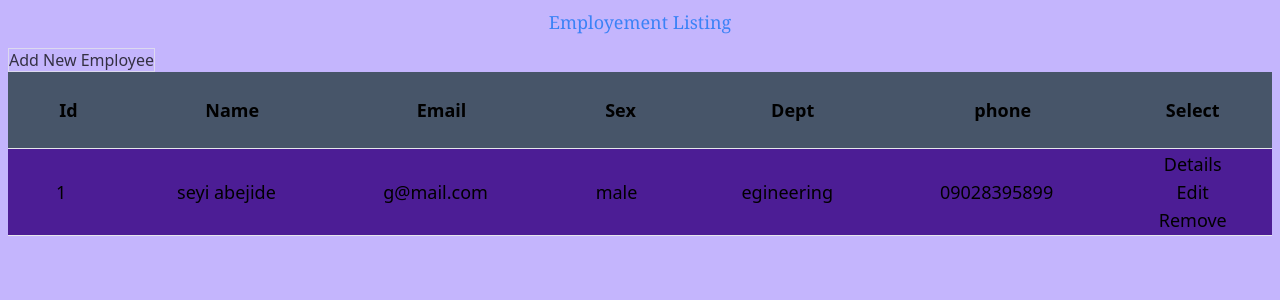
Repository: Semanmernstack/crud
Page: /
The author's editor kept a copy of each file at every save. The page is drawn from the files as they stood at one save, then again after the next save.
The browser window is 1280 px wide. The pictures show the whole page.
The project was rebuilt for these pictures with package versions that can differ from the ones it lists, and the page was loaded fresh each time. Requests to the local data server were answered from the project's data file. Also part of the build but not shown: src/Details.js, src/Create.js, src/Edit.js.

Above is the page before, as saved 2022-12-24 01:14:46.

### src/App.js
import List from "./List";
import {
  BrowserRouter,
  Routes,
  Route,

} from "react-router-dom";
import Details from "./Details";
import Create from "./Create";
import Edit from "./Edit";



function App() {
  return (
    <div className="bg-slate-100 h-screen">
      <BrowserRouter>

      <Routes>
        <Route path="/" element={<List/>}> </Route>
        <Route path="/employee/create" element={<Create/>}> </Route>
        <Route path="/employee/details/:empid" element={<Details/>}> </Route>
        <Route path="/employee/edit/:empid" element={<Edit/>}> </Route>
      </Routes>
      </BrowserRouter>

    </div>
  );
}

export default App;

### src/List.js

import React, { useEffect, useState } from 'react'
import { Link } from 'react-router-dom'

function List() {
    const [records, setRecords] = useState("")

    useEffect(() => {
        fetch("http://localhost:8000/employee").then((res) => {
            return res.json()
        }).then((resp) => {
            console.log(resp)
            setRecords(resp)

        })

    }, [])
  return (
    <div className="overflow-x-hidden lg:max-w-7xl mx-auto  p-2 items-center bg-violet-300 h-screen   ">

        <p className='text-centre justify-center flex mb-3 text-lg text-blue-500 font-serif'> Employement Listing</p>
        <Link className='cursor-pointer border animate-pulse' to="/employee/create">Add New Employee</Link>

        <table className="  w-[100%] bg-violet-900 text-sm md:text-sm lg:text-lg   " >

            <thead>
                <tr className="border-b bg-slate-600">
                    <th scope='col' className=" lg:py-6 lg:px-12 py-4 px-6">Id</th>
                    <th scope='col' className=" lg:py-6 lg:px-12 py-4 px-6">Name</th>
                    <th scope='col' className=" lg:py-6 lg:px-12 py-4 px-6">Email</th>
                    <th scope='col' className=" lg:py-6 lg:px-12 py-4 px-6">Sex</th>
                    <th scope='col' className=" lg:py-6 lg:px-12 py-4 px-6">Dept</th>
                    <th scope='col' className=" lg:py-6 lg:px-12 py-4 px-6">phone</th>
                    <th scope='col' className=' lg:py-6 lg:px-12 py-4 px-6'>Select</th>

                </tr>
            </thead>
            <tbody>
                {
                    records &&
                    records.map((record) => (
                    <tr className="border-b" key={record.id}>
                        <td className=" lg:py-6 lg:px-12 py-3 px-4">{record.id}</td>
                        <td className=" lg:py-6 lg:px-12 py-3 px-4" >{record.name}</td>
                        <td className=" lg:py-6 lg:px-12 py-3 px-4">{record.email}</td>
                        <td className=" lg:py-6 lg:px-12 py-3 px-4">{record.sex}</td>
                        <td className=" lg:py-6 lg:px-12 py-3 px-4">{record.dept}</td>
                        <td className=" lg:py-6 lg:px-12 py-3 px-4">{record.phone}</td>
                        <td className='flex flex-col'>
                            <button>Details</button>
                            <button>Edit</button>
                            <button>Remove</button>

                        </td>
                    </tr>
                    ))
                }

            </tbody>

        </table>




    </div>
  )
}

export default List

### db.json
{
  "employee": [
    {
      "id": 1,
      "name": "seyi abejide",
      "email": "g@mail.com",
      "phone": "09028395899",
      "dept": "egineering",
      "sex": "male"

    }
  ]

}

Loaded but not shown: public/index.html (common file); src/index.js (common file); src/index.css (common file); src/reportWebVitals.js (common file); tailwind.config.js (common file)

After the next save:
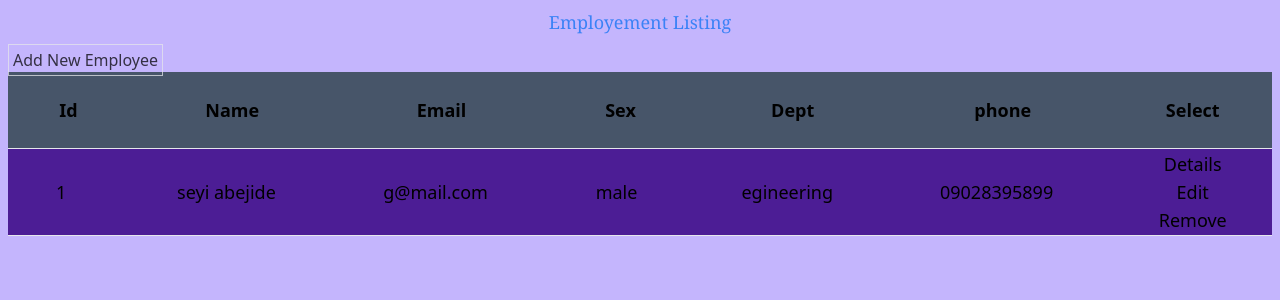
Saved 5 s later.
--- a/src/List.js
+++ b/src/List.js
@@ -19,7 +19,7 @@ function List() {
     <div className="overflow-x-hidden lg:max-w-7xl mx-auto  p-2 items-center bg-violet-300 h-screen   ">
 
         <p className='text-centre justify-center flex mb-3 text-lg text-blue-500 font-serif'> Employement Listing</p>
-        <Link className='cursor-pointer border animate-pulse' to="/employee/create">Add New Employee</Link>
+        <Link className='cursor-pointer border p-1 animate-pulse' to="/employee/create">Add New Employee</Link>
 
         <table className="  w-[100%] bg-violet-900 text-sm md:text-sm lg:text-lg   " >
 
